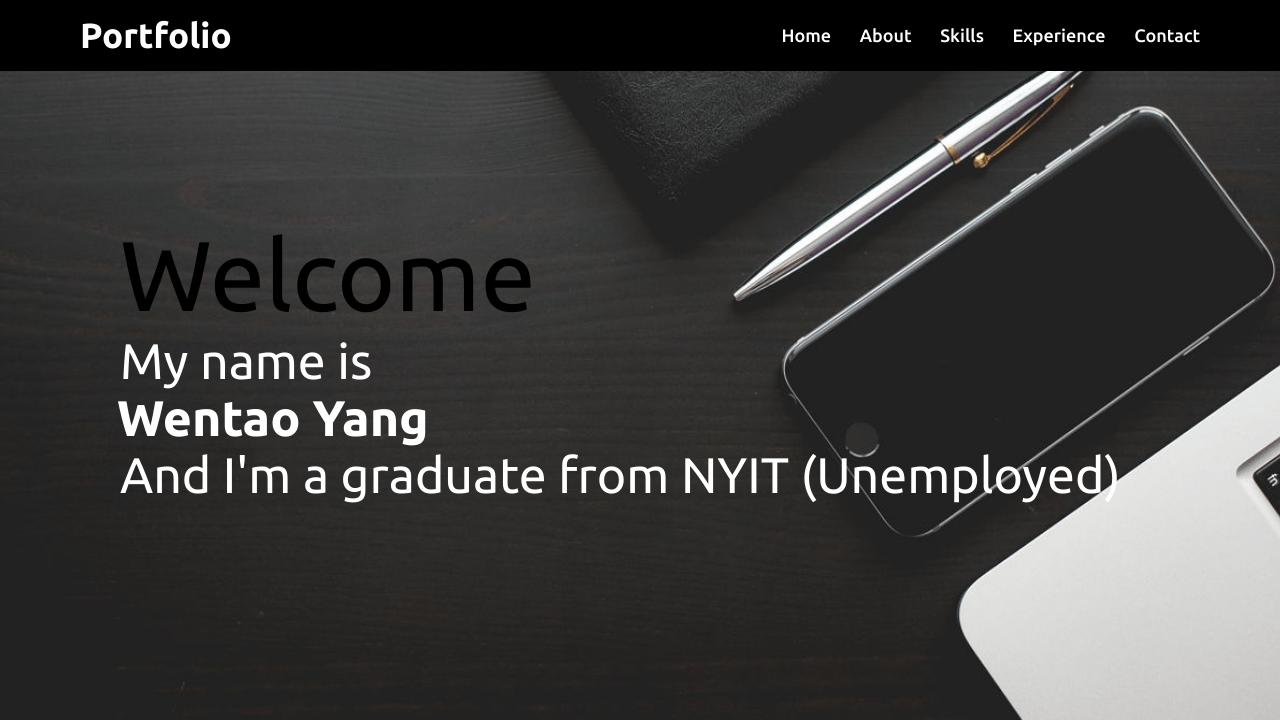
Repository: wyang08/wyang08.github.io
Page: index.html
An editor plug-in stored every save of this project. The page is shown before and after the next save, followed by the edit.
The browser window is 1280 px wide. The pictures show the whole page.

Above is the page before, as saved 2021-07-02 15:02:16.

### index.html
<!DOCTYPE html>
<html lang="en">
<head>
    <meta charset="UTF-8">
    <meta name="viewport" content="width=divice-width, initial-scale=1.0">
    <title>Personal Porfolio Website</title>
    <link rel="stylesheet" href="style.css">
    <script src="https://kit.fontawesome.cm/a076d05399.js"></script>
</head>

<body>
    <nav class="navbar">
        <div class="max-width">

            <div class="logo"><a href="#">Portfo<span>lio</span></a></div>

            <ul class="menu">
                <li><a href="#">Home</a></li>
                <li><a href="#">About</a></li>
                <li><a href="#">Skills</a></li>
                <li><a href="#">Experience</a></li>
                <li><a href="#">Contact</a></li>
            </ul>

        </div>


    </nav>

    <!-- 内容 -->
    <section class="home" id="home">
        <div class="max-width">
            <div class="home-content">
                <div class="text-1">Welcome</div>
                <div class="text-2">My name is</div>
                <div class="text-3">Wentao Yang</div>
                <div class="text-4">And I'm a graduate from NYIT <span>(Unemployed)</span></div>
            </div>
        </div>
    </section>


</body>


</html>

### style.css
@import url('https://fonts.googleapis.com/css2?family=Poppins:wght@400;500;600;700&family=Ubuntu:wght@400;500;700&display=swap');

*{
    margin: 0;
    padding: 0;
    box-sizing: border-box;
    text-decoration: none;

}

/* navbar styling */
.navbar{
    position: fixed;
    width: 100%;
    padding: 15px 0;
    background: black;
    font-family: 'Ubuntu', sans-serif;
}


.navbar .menu li a{
    color: white;
    font-size: 18px;
    font-weight: 500;
    margin-left: 25px;
}

/* 标题大小 */
.navbar .logo a{
    color: white;
    font-size: 35px;
    font-weight: 600;
}

/* Subtitle display style */
.navbar .menu li{
    list-style-type: none;
    display: inline-block;
}

.navbar .max-width{
    display: flex;
    align-items: center;
    justify-content: space-between;
}

.max-width{
    max-width: 1300px;
    padding: 0 80px;
    margin: auto;
}

/* 内容 */
.home{
    display: flex;
    /* background: white; */
    height: 100vh;
    background: url("images/background/portfolio-background.jpg") no-repeat center;
    background-size: cover;
    min-height: 500px;
    color: white;
    font-family: 'Ubuntu', sans-serif;
}

.home .max-width{
    margin: auto 0 auto 40px;
}

.home .home-content .text-1{
    font-size: 99px;
    color: black;
}
.home .home-content .text-2{
    font-size: 50px;
}
.home .home-content .text-3{
    font-size: 50px;
    font-weight: 600;
    margin-left: -3px;
}
.home .home-content .text-4{
    font-size: 50px;
}

After the next save:
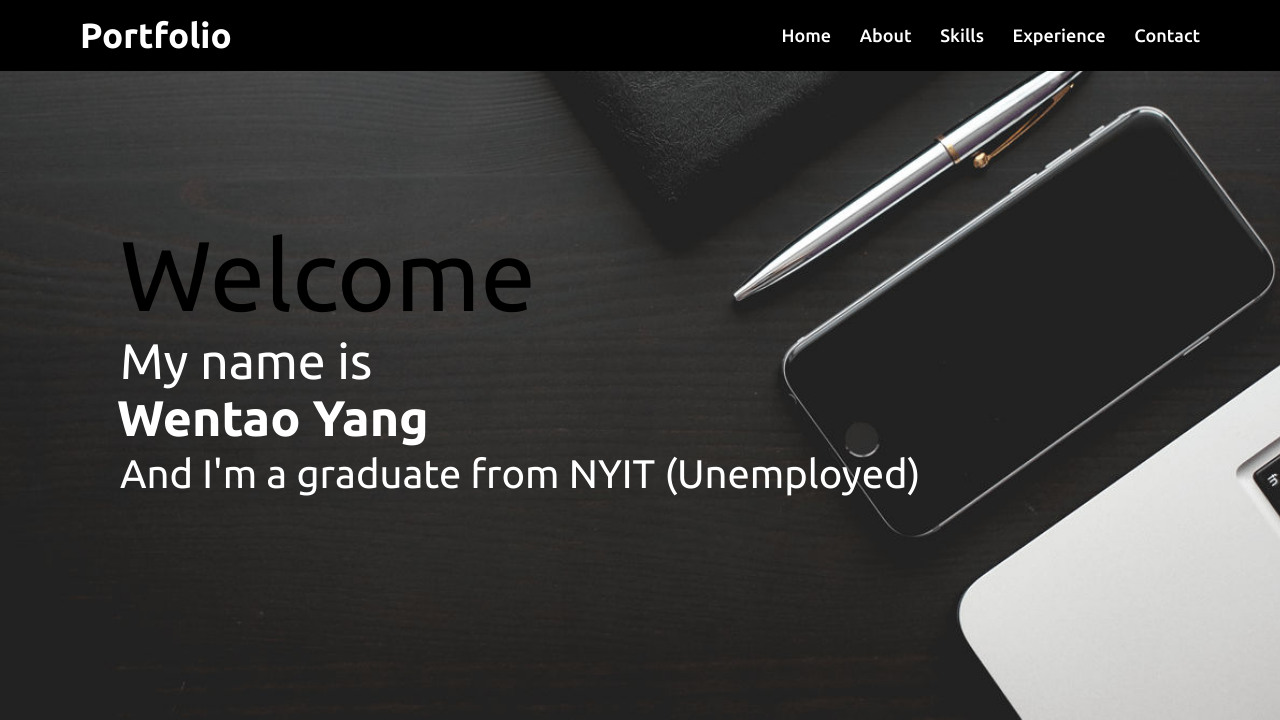
Saved 42 s later.
--- a/style.css
+++ b/style.css
@@ -79,5 +79,6 @@
     margin-left: -3px;
 }
 .home .home-content .text-4{
-    font-size: 50px;
+    font-size: 40px;
+    margin: 5px 0;
 }
